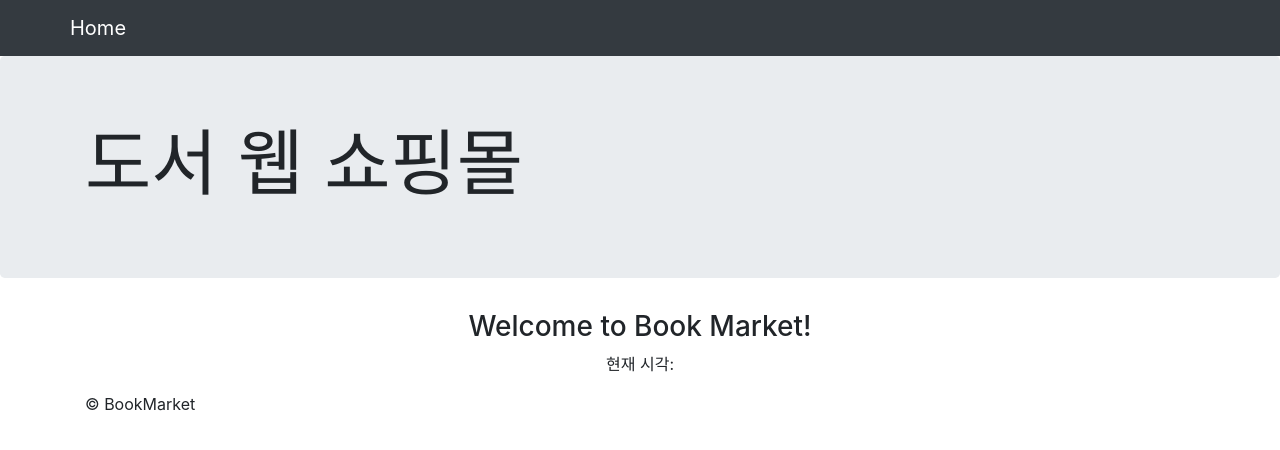
Repository: CheolHo-0428/JSP-Web-Programming
Page: http://localhost/BookMarket/welcome.jsp
The author's editor kept a copy of each file at every save. The page is drawn from the files as they stood at one save, then again after the next save.
The browser window is 1280 px wide. The pictures show the whole page.
The page is served by Tomcat 9. Other server files are loaded and not shown.

Above is the page before, as saved 2021-05-08 07:35:49.

### BookMarket/src/main/webapp/welcome.jsp
<%@ page language="java" contentType="text/html; charset=UTF-8"
    pageEncoding="UTF-8"%>
<!DOCTYPE html>
<html>
<head>
<meta charset="UTF-8">
<title>Welcome</title>
</head>
<body>
	<%
		String greeting = "도서 웹 쇼핑몰";
		String tagline = "Welcome to Book Market!";
	%>
	<!-- Bootstrap CSS -->
    <link href="https://maxcdn.bootstrapcdn.com/bootstrap/4.0.0/css/bootstrap.min.css"
    	rel="stylesheet">
<body>
	<%@ include file="menu.jsp" %>
	<div class = "jumbotron">
		<div class = "container">
			<h1 class = "display-3">
					<%= greeting %>
			</h1>
		</div>
	</div>
	<%@ include file="footer.jsp" %>
</body>
</html>

### BookMarket/src/main/webapp/menu.jsp
<%@ page language="java" contentType="text/html; charset=UTF-8"
    pageEncoding="UTF-8"%>
<!DOCTYPE html>
<html>
<head>
<meta charset="UTF-8">
<title>Insert title here</title>
</head>
<body>
	<nav class="navbar navbar-expand navbar-dark bg-dark">
		<div class="container">
			<div class = "navbar-header">
				<a class = "navbar-brand" href="./welcome.jsp">Home</a>
			</div>
		</div>
	</nav>
</body>
</html>

### BookMarket/src/main/webapp/footer.jsp
<%@ page language="java" contentType="text/html; charset=UTF-8"
    pageEncoding="UTF-8"%>
<%@ page import="java.util.Date" %>
<!DOCTYPE html>
<html>
<head>
<meta charset="UTF-8">
<title>Insert title here</title>
</head>
<body>
	<%
		Date day = new Date();
		String am_pm;
		int hour = day.getHours();
		int minute = day.getMinutes();
		int second = day.getSeconds();
	%>

	<div class = "container">
		<div class = "text-center">
			<h3><%= tagline %></h3>
			<p>현재 시각:</p>
		</div>
	</div>


	<footer class = "container">
		<p>&copy; BookMarket</p>
	</footer>
</body>
</html>

After the next save:
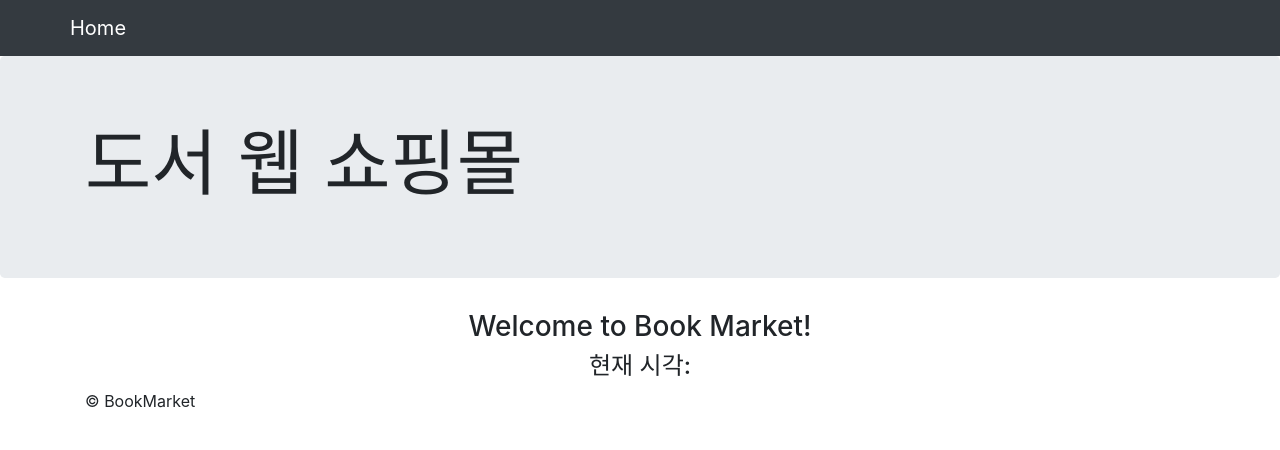
Saved 13 s later.
--- a/BookMarket/src/main/webapp/footer.jsp
+++ b/BookMarket/src/main/webapp/footer.jsp
@@ -19,7 +19,7 @@
 	<div class = "container">
 		<div class = "text-center">
 			<h3><%= tagline %></h3>
-			<p>현재 시각:</p>
+			<h4>현재 시각:</h4>
 		</div>
 	</div>
 
